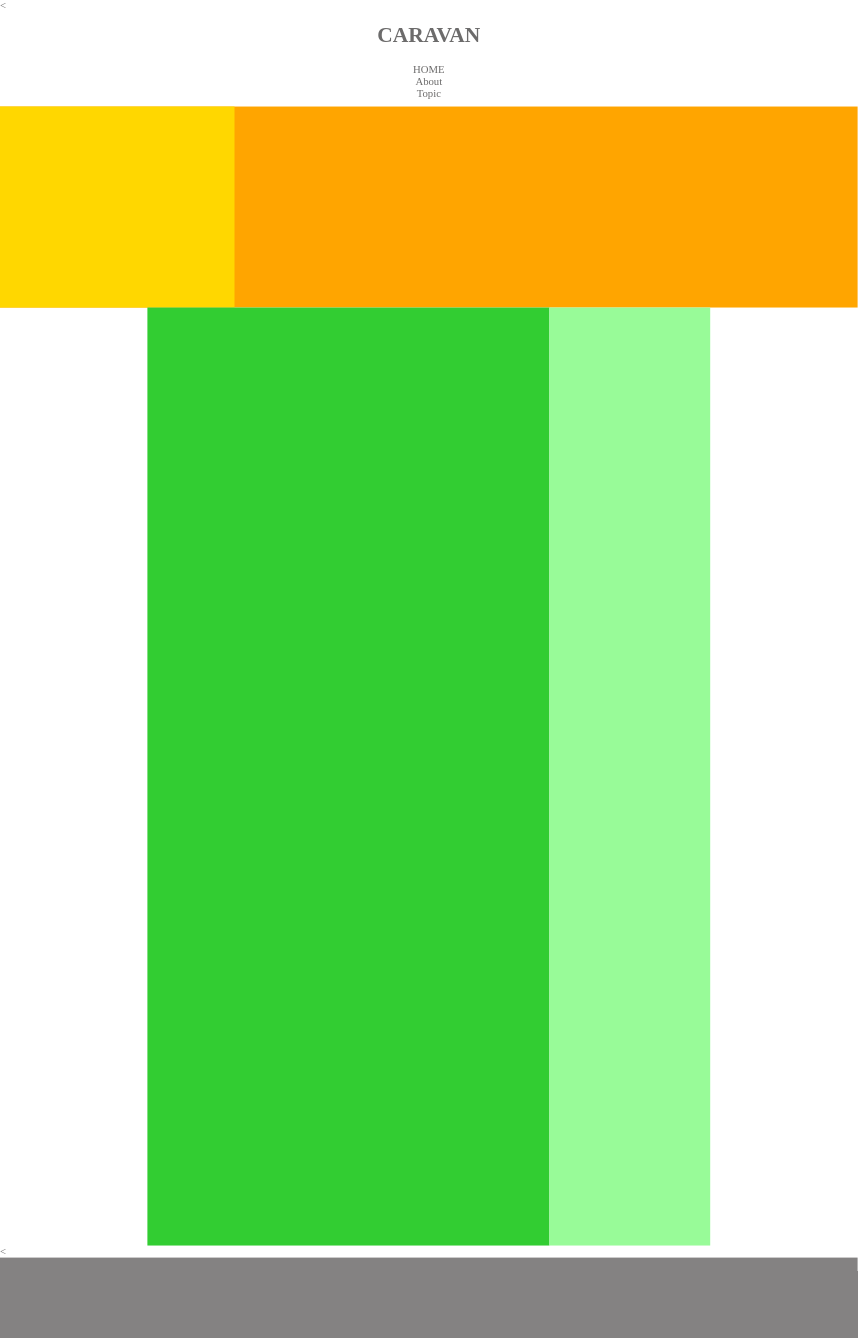
Repository: YabuYoshi/Bookers1
Page: carvan/index.html
The author's editor kept a record of every edit. The page is drawn from the files as they stood at one moment, then again after the next edit.
The browser window is 1280 px wide. The pictures show the whole page, at 67% of full size.

Above is the page before.

### carvan/index.html
<!DOCTYPE html>
<html lang="ja">
  <head>
    <meta charset="UTF-8" />
    <!-- CSSファイルの読み込み -->
    <link rel="stylesheet" href="style.css" />
    <title>CARAVAN</title>
  </head>

  <body>
    <<header>
      <h1 class="heading">
        <a href="index.html">
          CARAVAN
        </a>
      </h1>
    </header>

    <nab>
      <ul class="nav-list">
        <li class="nav-list-item">
          <a href="index.html">HOME</a>
        </li>
        <li class="nav-list-item">About</li>
        <li class="nav-list-item">Topic</li>
      </ul>
    </nab>

    <div class="main-visual">
      <div class="main-visual-content"></div>
    </div>
    <div class="main">
      <div class="blog"></div>
      <div class="sidebar"></div>
    </div>
    <<footer>

    </footer>

  </body>
</html>

### carvan/style.css
* {
  margin: 0;
  padding: 0;
  box-sizing: border-box;
  color: #6c6b6b;
}

a {
  text-decoration: none;
}

header {
  width: 90%;
  padding: 15px 0;
  margin: 0 auto;
  text-align: center;
}

header .heading {
  font-size: 32px;
}

.nav-list {
  text-align: center;
  padding: 10px 0;
  margin: 0 auto;
}

.navi-list-item {
  list-style: none;
  display: inline-block;
  margin: 0 20px;
}

.main-visual {
  width: 100%;
  height: 300px;
  background-color: orange;
}

.main-visual-content {
  width: 350px;
  height: 300px;
  background-color: gold
}

.main {
  width: 840px;
  display: flex;
  justify-content: center;
  margin: 0 auto;
}

.blog {
  width: 600px; /* 横幅600px */
  height: 1400px; /* 高さ1400px */
  background-color: limegreen; /* 背景色limegreen */
}

.sidebar {
  width: 240px; /* 横幅240px */
  height: 1400px; /* 高さ1400px */
  background-color: palegreen; /* 背景色palegreen */
}

footer{
  width: 100%;
  height: 120px;
  text-align: center;
  line-height: 120px;
  background-color: #848282;
}

.footer-text {
  color: #fff;
}

After the next edit:
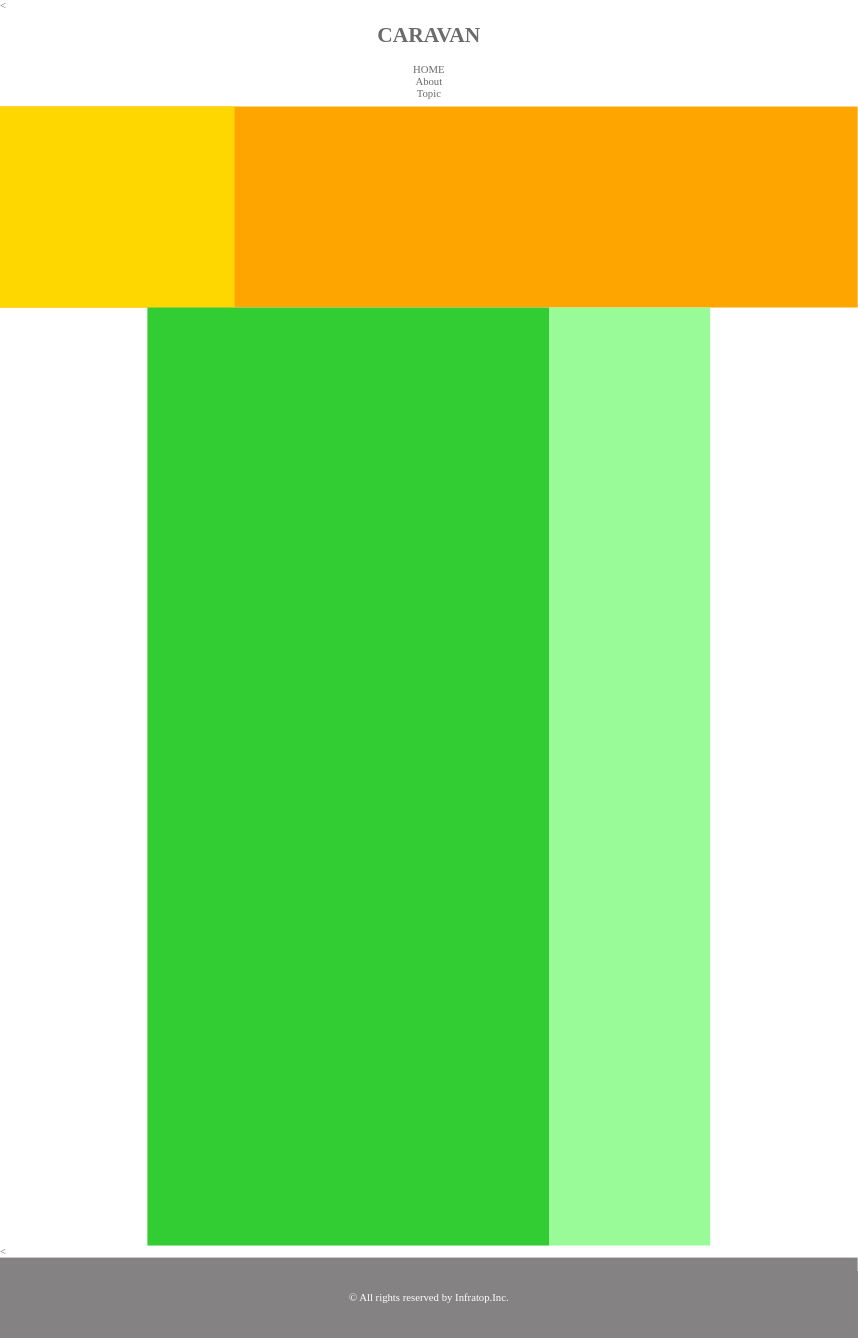
The edit:
--- a/carvan/index.html
+++ b/carvan/index.html
@@ -34,7 +34,7 @@
       <div class="sidebar"></div>
     </div>
     <<footer>
-
+      <p class="footer-text">© All rights reserved by Infratop.Inc.</p>
     </footer>
 
   </body>
